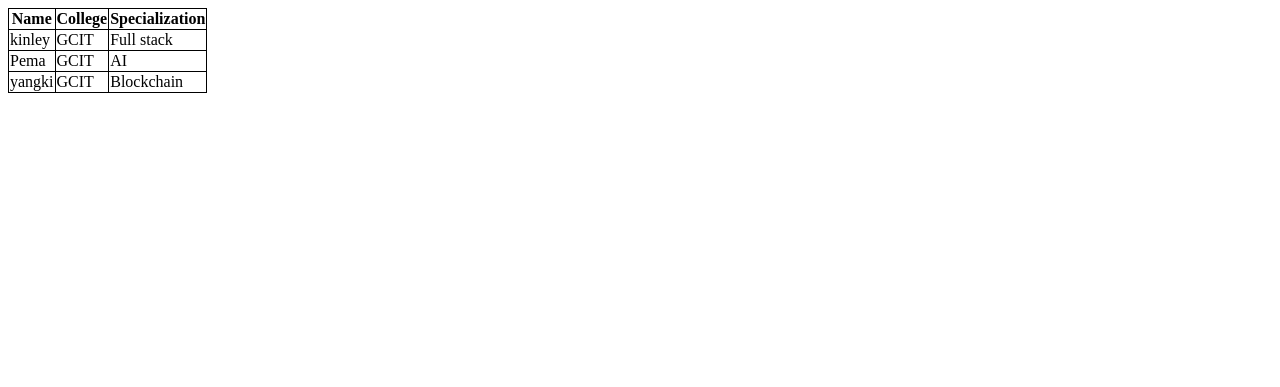
Repository: Pema-yangki/Css
Page: fed.html
The author's editor kept a copy of each file at every save. The page is drawn from the files as they stood at one save, then again after a run of saves.
The browser window is 1280 px wide. The pictures show the whole page.

Above is the page before, as saved 2024-03-15 14:40:06.

### fed.html
<!DOCTYPE html>
<html lang="en">
<head>
    <meta charset="UTF-8">
    <meta name="viewport" content="width=device-width, initial-scale=1.0">
    <title>Document</title>
    <!-- <style>
        h1[name="greetings"]{
            color: brown;
        }
        h1[name ="king"]{
            color:aqua
        }
        h1[name="okay"]{
            color:blueviolet
        }
    </style> -->
    <style>
        table{
            border: 1px solid black;
            border-collapse: separate;
            border-spacing: 50px;
        }

        table, th, td{
            border: 1px solid black;
            border-collapse: collapse;
        }
    </style>
</head>
<body>
   <!-- <h1 name = "greetings">hello</h1>
   <h1 name = "king" >hi</h1>
   <h1 name = "okay">bye</h1> -->
   <table>
    <tr>
        <th>Name</th>
        <th>College</th>
        <th>Specialization</th>
    </tr>
    <tr>
        <td>kinley</td>
        <td >GCIT</td>
        <td>Full stack</td>
    </tr>
    <tr>
        <td>Pema</td>
        <td>GCIT</td>
        <td>AI</td>
    </tr>
    <tr>
        <td>yangki</td>
        <td>GCIT</td>
        <td>Blockchain</td>
    </tr>

   </table>

</body>
</html>

After the next 2 saves:
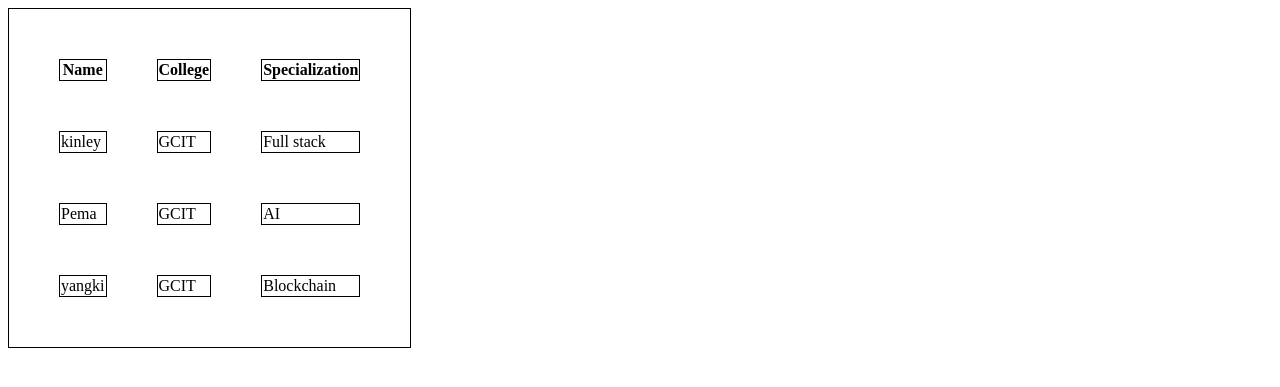
The 2 saves are shown as one change because they came seconds apart.
The last was saved 14 s later.
--- a/fed.html
+++ b/fed.html
@@ -18,13 +18,13 @@
     <style>
         table{
             border: 1px solid black;
-            border-collapse: separate;
+            /* border-collapse: separate; */
             border-spacing: 50px;
         }
 
         table, th, td{
             border: 1px solid black;
-            border-collapse: collapse;
+            /* border-collapse: collapse; */
         }
     </style>
 </head>
